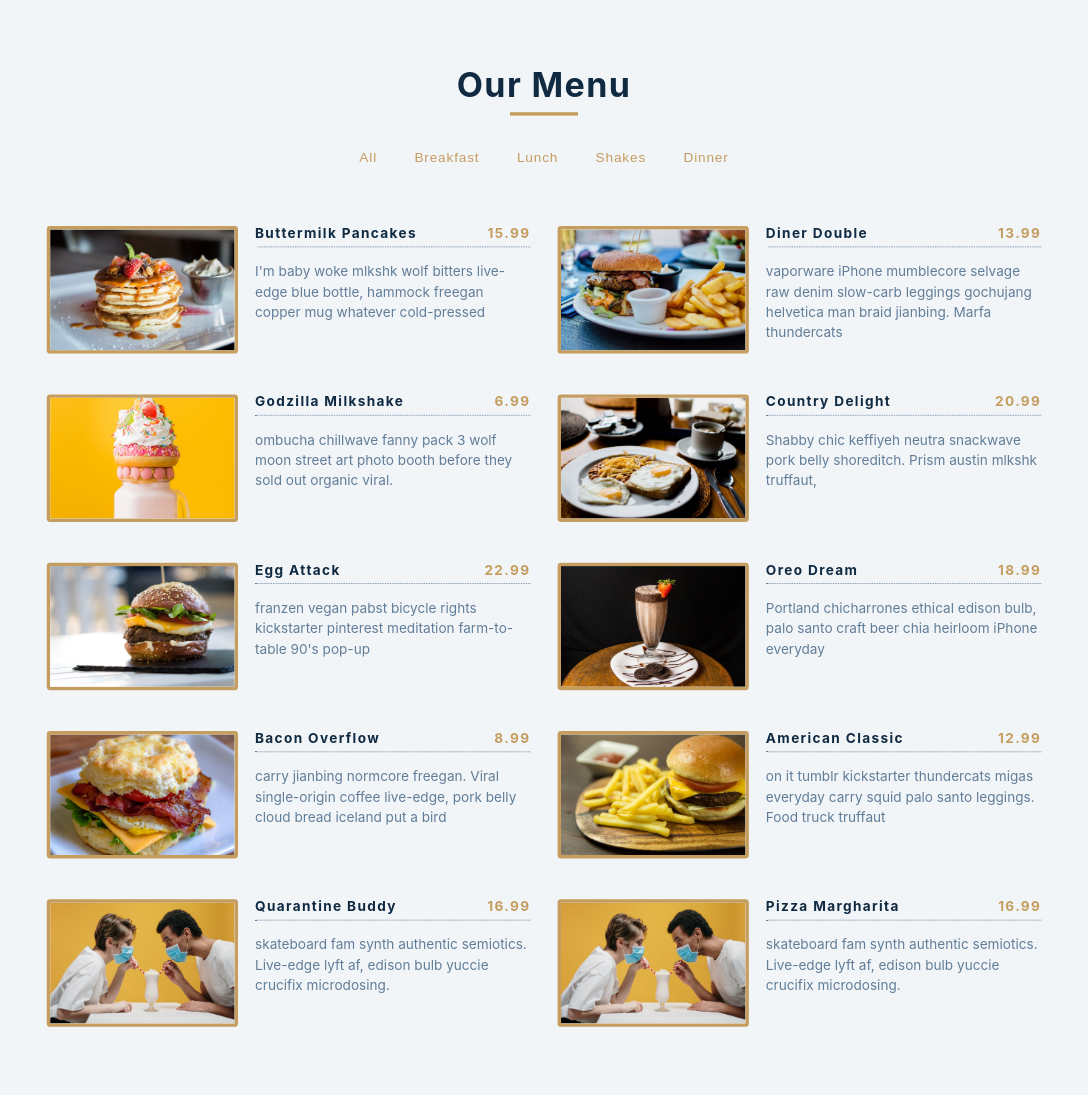
Repository: gligor99/menu-ts-react
Page: /
An editor plug-in stored every save of this project. The page is shown before and after the next save, followed by the edit.
The browser window is 1280 px wide. The pictures show the whole page, at 85% of full size.
The project was rebuilt for these pictures with package versions that can differ from the ones it lists, and the page was loaded fresh each time.

Above is the page before, as saved 2021-11-25 00:22:16.

### src/App.tsx
import { useState } from "react";
import Categories from "./components/Categories";
import Menu from "./components/Menu";
import items from "./data";

const uniques = Array.from(new Set(items.map((item) => item.category)));
const allCategories = ["all", ...uniques];

export type ItemsProps = {
  id: number;
  title: string;
  category: string;
  price: number;
  img: string;
  desc: string;
};

function App() {
  const [menuItems, setMenuItems] = useState<ItemsProps[]>(items);
  const [categories] = useState(allCategories);

  const filterItems = (category: string) => {
    if (category === "all") {
      setMenuItems(items);
      return;
    } else {
      const newItems = items.filter((item) => item.category === category);
      setMenuItems(newItems);
    }
  };

  return (
    <main>
      <section className="menu section">
        <div className="title">
          <h2>Our Menu</h2>
          <div className="underline"></div>
        </div>
        <Categories categories={categories} filterItems={filterItems} />
        <Menu items={menuItems} />
      </section>
    </main>
  );
}

export default App;

### src/components/Categories.tsx
type Props = {
  categories: string[];
  filterItems: (category: string) => void;
};

const Categories: React.FC<Props> = ({ categories, filterItems }) => {
  return (
    <div className="btn-container">
      {categories.map((category, index) => {
        return (
          <button
            type="button"
            className="filter-btn"
            key={index}
            onClick={() => filterItems(category)}
          >
            {category}
          </button>
        );
      })}
    </div>
  );
};

export default Categories;

### src/components/Menu.tsx
import { ItemsProps } from "../App";
import "../index.css";

type Props = {
  items: ItemsProps[];
};

const Menu: React.FC<Props> = ({ items }) => {
  return (
    <div className="section-center">
      {items.map((item) => {
        return (
          <article className="menu-item" key={item.id}>
            <img src={item.img} alt={item.title} className="photo" />
            <div className="item-info">
              <header>
                <h4 className="title">{item.title}</h4>
                <h4 className="price">{item.price}</h4>
              </header>
              <p className="item-text">{item.desc}</p>
            </div>
          </article>
        );
      })}
    </div>
  );
};

export default Menu;

### src/data.ts
const menu = [
    {
      id: 1,
      title: 'buttermilk pancakes',
      category: 'breakfast',
      price: 15.99,
      img: './images/item-1.jpeg',
      desc: `I'm baby woke mlkshk wolf bitters live-edge blue bottle, hammock freegan copper mug whatever cold-pressed `,
    },
    {
      id: 2,
      title: 'diner double',
      category: 'lunch',
      price: 13.99,
      img: './images/item-2.jpeg',
      desc: `vaporware iPhone mumblecore selvage raw denim slow-carb leggings gochujang helvetica man braid jianbing. Marfa thundercats `,
    },
    {
      id: 3,
      title: 'godzilla milkshake',
      category: 'shakes',
      price: 6.99,
      img: './images/item-3.jpeg',
      desc: `ombucha chillwave fanny pack 3 wolf moon street art photo booth before they sold out organic viral.`,
    },
    {
      id: 4,
      title: 'country delight',
      category: 'breakfast',
      price: 20.99,
      img: './images/item-4.jpeg',
      desc: `Shabby chic keffiyeh neutra snackwave pork belly shoreditch. Prism austin mlkshk truffaut, `,
    },
    {
      id: 5,
      title: 'egg attack',
      category: 'lunch',
      price: 22.99,
      img: './images/item-5.jpeg',
      desc: `franzen vegan pabst bicycle rights kickstarter pinterest meditation farm-to-table 90's pop-up `,
    },
    {
      id: 6,
      title: 'oreo dream',
      category: 'shakes',
      price: 18.99,
      img: './images/item-6.jpeg',
      desc: `Portland chicharrones ethical edison bulb, palo santo craft beer chia heirloom iPhone everyday`,
    },
    {
      id: 7,
      title: 'bacon overflow',
      category: 'breakfast',
      price: 8.99,
      img: './images/item-7.jpeg',
      desc: `carry jianbing normcore freegan. Viral single-origin coffee live-edge, pork belly cloud bread iceland put a bird `,
    },
    {
      id: 8,
      title: 'american classic',
      category: 'lunch',
      price: 12.99,
      img: './images/item-8.jpeg',
      desc: `on it tumblr kickstarter thundercats migas everyday carry squid palo santo leggings. Food truck truffaut  `,
    },
    {
      id: 9,
      title: 'quarantine buddy',
      category: 'shakes',
      price: 16.99,
      img: './images/item-9.jpeg',
      desc: `skateboard fam synth authentic semiotics. Live-edge lyft af, edison bulb yuccie crucifix microdosing.`,
    },
    {
      id: 10,
      title: 'pizza margharita',
      category: 'dinner',
      price: 16.99,
      img: './images/item-9.jpeg',
      desc: `skateboard fam synth authentic semiotics. Live-edge lyft af, edison bulb yuccie crucifix microdosing.`,
    },


  ];
  export default menu;

### src/index.css
/*
===============
Variables
===============
*/

:root {
  /* dark shades of primary color*/
  --clr-primary-1: hsl(205, 86%, 17%);
  --clr-primary-2: hsl(205, 77%, 27%);
  --clr-primary-3: hsl(205, 72%, 37%);
  --clr-primary-4: hsl(205, 63%, 48%);
  /* primary/main color */
  --clr-primary-5: hsl(205, 78%, 60%);
  /* lighter shades of primary color */
  --clr-primary-6: hsl(205, 89%, 70%);
  --clr-primary-7: hsl(205, 90%, 76%);
  --clr-primary-8: hsl(205, 86%, 81%);
  --clr-primary-9: hsl(205, 90%, 88%);
  --clr-primary-10: hsl(205, 100%, 96%);
  /* darkest grey - used for headings */
  --clr-grey-1: hsl(209, 61%, 16%);
  --clr-grey-2: hsl(211, 39%, 23%);
  --clr-grey-3: hsl(209, 34%, 30%);
  --clr-grey-4: hsl(209, 28%, 39%);
  /* grey used for paragraphs */
  --clr-grey-5: hsl(210, 22%, 49%);
  --clr-grey-6: hsl(209, 23%, 60%);
  --clr-grey-7: hsl(211, 27%, 70%);
  --clr-grey-8: hsl(210, 31%, 80%);
  --clr-grey-9: hsl(212, 33%, 89%);
  --clr-grey-10: hsl(210, 36%, 96%);
  --clr-white: #fff;
  --clr-gold: #c59d5f;

  --clr-red-dark: hsl(360, 67%, 44%);
  --clr-red-light: hsl(360, 71%, 66%);
  --clr-green-dark: hsl(125, 67%, 44%);
  --clr-green-light: hsl(125, 71%, 66%);
  --clr-black: #222;
  --transition: all 0.3s linear;
  --spacing: 0.1rem;
  --radius: 0.25rem;
  --light-shadow: 0 5px 15px rgba(0, 0, 0, 0.1);
  --dark-shadow: 0 5px 15px rgba(0, 0, 0, 0.2);
  --max-width: 1170px;
  --fixed-width: 620px;
}
/*
===============
Global Styles
===============
*/

*,
::after,
::before {
  margin: 0;
  padding: 0;
  box-sizing: border-box;
}
body {
  font-family: -apple-system, BlinkMacSystemFont, "Segoe UI", Roboto, Oxygen,
    Ubuntu, Cantarell, "Open Sans", "Helvetica Neue", sans-serif;
  background: var(--clr-grey-10);
  color: var(--clr-grey-1);
  line-height: 1.5;
  font-size: 0.875rem;
}
ul {
  list-style-type: none;
}
a {
  text-decoration: none;
}
h1,
h2,
h3,
h4 {
  letter-spacing: var(--spacing);
  text-transform: capitalize;
  line-height: 1.25;
  margin-bottom: 0.75rem;
}
h1 {
  font-size: 3rem;
}
h2 {
  font-size: 2rem;
}
h3 {
  font-size: 1.25rem;
}
h4 {
  font-size: 0.875rem;
}
p {
  margin-bottom: 1.25rem;
  color: var(--clr-grey-5);
}
@media screen and (min-width: 800px) {
  h1 {
    font-size: 4rem;
  }
  h2 {
    font-size: 2.5rem;
  }
  h3 {
    font-size: 1.75rem;
  }
  h4 {
    font-size: 1rem;
  }
  body {
    font-size: 1rem;
  }
  h1,
  h2,
  h3,
  h4 {
    line-height: 1;
  }
}
/*  global classes */

/* section */
.section {
  width: 90vw;
  margin: 0 auto;
  max-width: var(--max-width);
}

@media screen and (min-width: 992px) {
  .section {
    width: 95vw;
  }
}

/*
===============
Menu
===============
*/

.menu {
  padding: 5rem 0;
}
.title {
  text-align: center;
  margin-bottom: 2rem;
}
.underline {
  width: 5rem;
  height: 0.25rem;
  background: var(--clr-gold);
  margin-left: auto;
  margin-right: auto;
}
.btn-container {
  margin-bottom: 4rem;
  display: flex;
  justify-content: center;
}
.filter-btn {
  background: transparent;
  border-color: transparent;
  font-size: 1rem;
  text-transform: capitalize;
  margin: 0 0.5rem;
  letter-spacing: 1px;
  padding: 0.375rem 0.75rem;
  color: var(--clr-gold);
  cursor: pointer;
  transition: var(--transition);
  border-radius: var(--radius);
}
.filter-btn:hover {
  background: var(--clr-gold);
  color: var(--clr-white);
}
.active {
  background: var(--clr-gold);
  color: var(--clr-white);
}
.section-center {
  width: 90vw;
  margin: 0 auto;
  max-width: 1170px;
  display: grid;
  gap: 3rem 2rem;
  justify-items: center;
}
.menu-item {
  display: grid;
  gap: 1rem 2rem;
  max-width: 25rem;
}
.photo {
  object-fit: cover;
  height: 200px;
  width: 100%;
  border: 0.25rem solid var(--clr-gold);
  border-radius: var(--radius);
  display: block;
}
.item-info header {
  display: flex;
  justify-content: space-between;
  border-bottom: 0.5px dotted var(--clr-grey-5);
}
.item-info h4 {
  margin-bottom: 0.5rem;
}
.price {
  color: var(--clr-gold);
}
.item-text {
  margin-bottom: 0;
  padding-top: 1rem;
}

@media screen and (min-width: 768px) {
  .menu-item {
    grid-template-columns: 225px 1fr;
    gap: 0 1.25rem;
    max-width: 40rem;
  }
  .photo {
    height: 175px;
  }
}
@media screen and (min-width: 1200px) {
  .section-center {
    width: 95vw;
    grid-template-columns: 1fr 1fr;
  }
  .photo {
    height: 150px;
  }
}

Loaded but not shown: public/index.html (common file); src/index.tsx (common file)

After the next save:
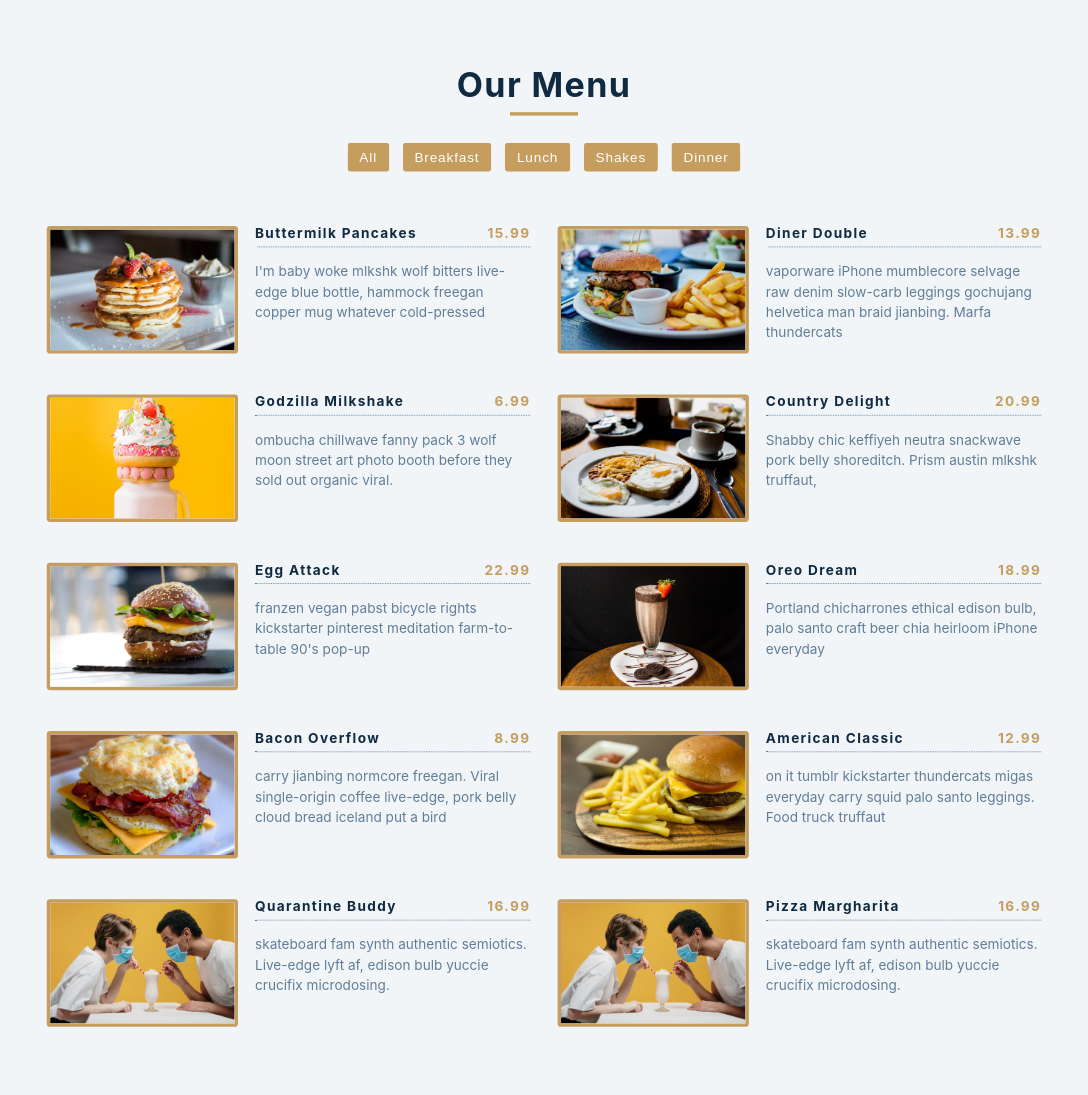
Saved 10 s later.
--- a/src/components/Categories.tsx
+++ b/src/components/Categories.tsx
@@ -10,7 +10,7 @@
         return (
           <button
             type="button"
-            className="filter-btn"
+            className="filter-btn active"
             key={index}
             onClick={() => filterItems(category)}
           >

After the save that followed:
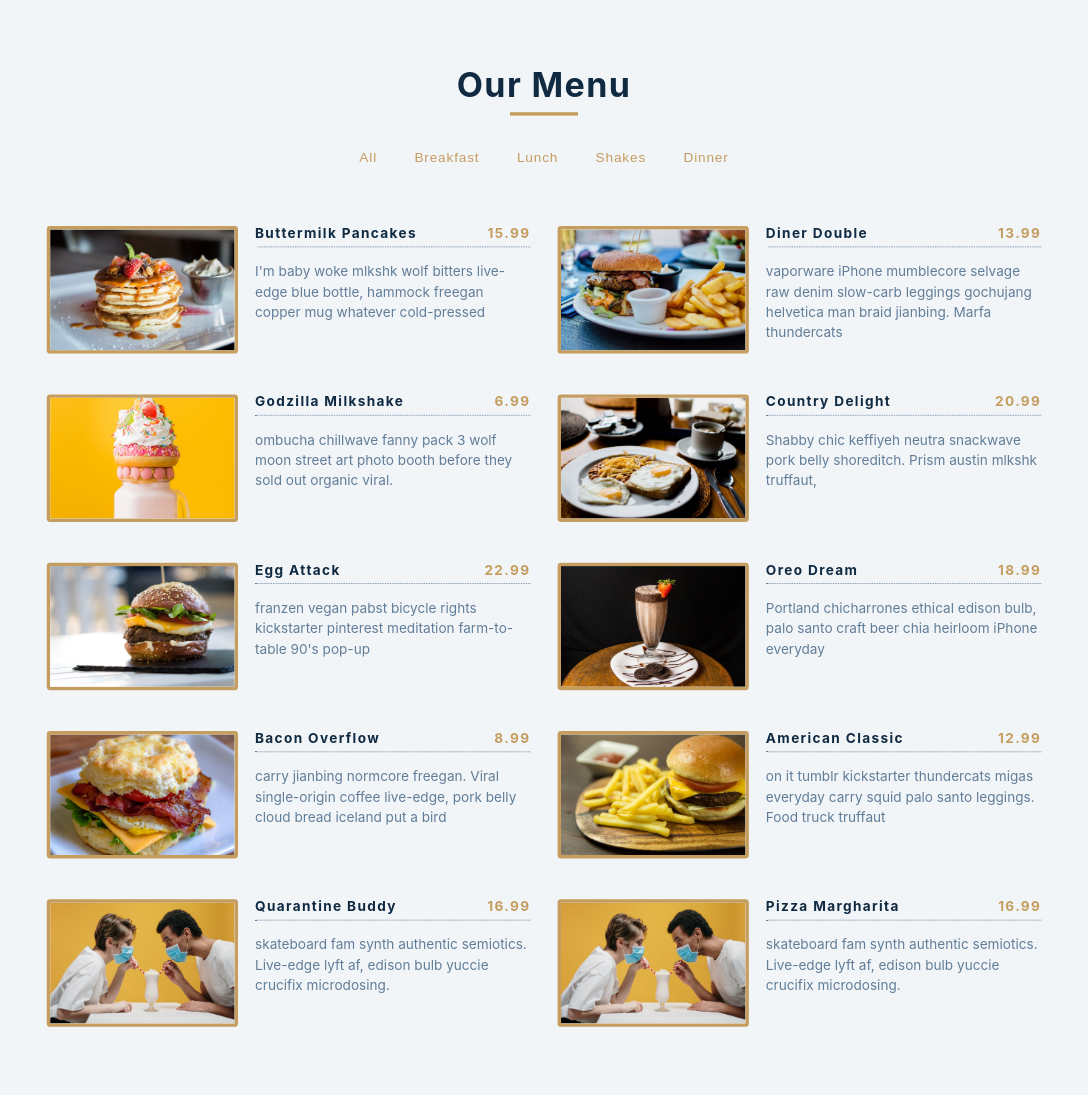
Saved 7 s later.
--- a/src/components/Categories.tsx
+++ b/src/components/Categories.tsx
@@ -10,7 +10,7 @@
         return (
           <button
             type="button"
-            className="filter-btn active"
+            className="filter-btn"
             key={index}
             onClick={() => filterItems(category)}
           >
